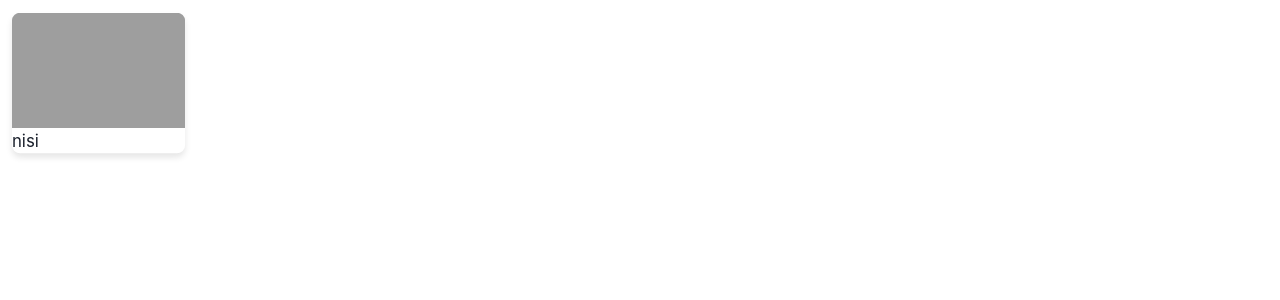
Repository: Jordybeer/wow
Page: /
An editor plug-in stored every save of this project. The page is shown before and after the next save, followed by the edit.
The browser window is 1280 px wide. The pictures show the whole page.
The pointer rests on the first visible `.card`.
Pictures or frames that could not be fetched are drawn as grey boxes. The project was rebuilt for these pictures with package versions that can differ from the ones it lists, and the page was loaded fresh each time. The framework's server and built-in components were replaced by stand-ins that run in the browser. Also part of the build but not shown: components/ExpandedCard.tsx.

Above is the page before, as saved 2023-09-18 11:11:46.

### pages/_app.tsx
// pages/_app.tsx
import { ChakraProvider } from '@chakra-ui/react';
import '../styles/styles.css';
import "slick-carousel/slick/slick.css";
import "slick-carousel/slick/slick-theme.css";

function MyApp({ Component, pageProps }) {
  return (
    <ChakraProvider>
      <Component {...pageProps} />
    </ChakraProvider>
  );
}

export default MyApp;

### pages/index.tsx
// pages/index.tsx
import React, { useState } from 'react';
import CardGrid from '../components/CardGrid';
import ExpandedCard from '../components/ExpandedCard';

const Home = () => {
  const [selectedCard, setSelectedCard] = useState(null);

  return (
    <div>
      <CardGrid setSelectedCard={setSelectedCard} />
      {selectedCard && (
        <ExpandedCard data={selectedCard} setSelectedCard={setSelectedCard} />
      )}
    </div>
  );
};

export default Home;

### styles/styles.css
/* Grid Layout */
.grid {
  display: grid;
  grid-template-columns: repeat(auto-fill, minmax(150px, 1fr));
  gap: 16px;
  padding: 16px;
}

/* Card Styles */
.card {
  position: relative;
  overflow: hidden;
  border-radius: 8px;
  box-shadow: 0 4px 6px rgba(0, 0, 0, 0.1);
  cursor: pointer;
  transition: transform 0.3s ease-in-out;
}

.card:hover {
  transform: scale(1.05);
}

.card img {
  width: 100%;
  height: auto;
  object-fit: cover;
}

.card-title {
  position: absolute;
  bottom: 0;
  left: 0;
  background: rgba(0, 0, 0, 0.7);
  color: white;
  padding: 8px;
  width: 100%;
  text-align: center;
}

/* Expanded Card Styles */
.expanded-card {
  position: fixed;
  top: 0;
  left: 0;
  width: 100%;
  height: 100%;
  background: rgba(0, 0, 0, 0.7);
  z-index: 1000;
  display: flex;
  justify-content: center;
  align-items: center;
}

.content-box {
  position: relative;
  background: orange;
  border: 2px solid black;
  border-radius: 8px;
  width: 80%;
  height: 80%;
  display: flex;
  flex-direction: column;
}

/* Carousel Styles */
.carousel-img {
  max-width: 100%;
  height: auto;
}

/* Thumbnail Styles */
.thumbnail-img {
  width: 50px;
  height: auto;
}

.thumbnails {
  position: absolute;
  top: 0;
  right: 0;
  display: flex;
  flex-direction: column;
  align-items: center;
}

/* Top and Bottom Half */
.top-half {
  height: 40%;
  position: relative;
}

.bottom-half {
  height: 60%;
  padding: 16px;
  display: flex;
  flex-direction: column;
  justify-content: space-between;
}

### components/CardGrid.tsx
// components/CardGrid.tsx
import React from 'react';
import Card from './Card';
import { LoremIpsum } from 'lorem-ipsum';

const lorem = new LoremIpsum({
  sentencesPerParagraph: {
    max: 8,
    min: 4
  },
  wordsPerSentence: {
    max: 16,
    min: 4
  }
});

const CardGrid = ({ setSelectedCard }) => {
  const data = [
    {
      img: 'https://source.unsplash.com/random/150x100?nature,1',
      title: lorem.generateWords(1),
      description: lorem.generateSentences(5),
      images: [
        'https://source.unsplash.com/random/300x200?nature,1',
        'https://source.unsplash.com/random/300x200?nature,2',
        'https://source.unsplash.com/random/300x200?nature,3',
      ]
    },
    // ... more data
  ];

  return (
    <div className="grid">
      {data.map((item, index) => (
        <Card key={index} data={item} setSelectedCard={setSelectedCard} />
      ))}
    </div>
  );
};

export default CardGrid;

### components/Card.tsx
// components/Card.tsx
import { motion } from 'framer-motion';

const Card = ({ data, setSelectedCard }) => {
  return (
    <motion.div
      className="card"
      whileHover={{ scale: 1.1 }}
      whileTap={{ scale: 0.9 }}
      onClick={() => setSelectedCard(data)}
    >
      <img src={data.img} alt={data.title} />
      <h3>{data.title}</h3>
    </motion.div>
  );
};

export default Card;

After the next save:
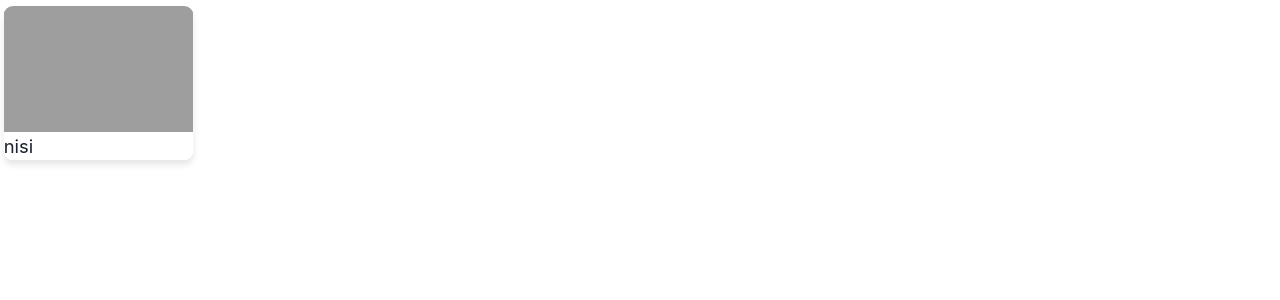
Saved 3 min 1 s later.
--- a/styles/styles.css
+++ b/styles/styles.css
@@ -17,7 +17,7 @@
 }
 
 .card:hover {
-  transform: scale(1.05);
+  transform: scale(1.15);
 }
 
 .card img {
